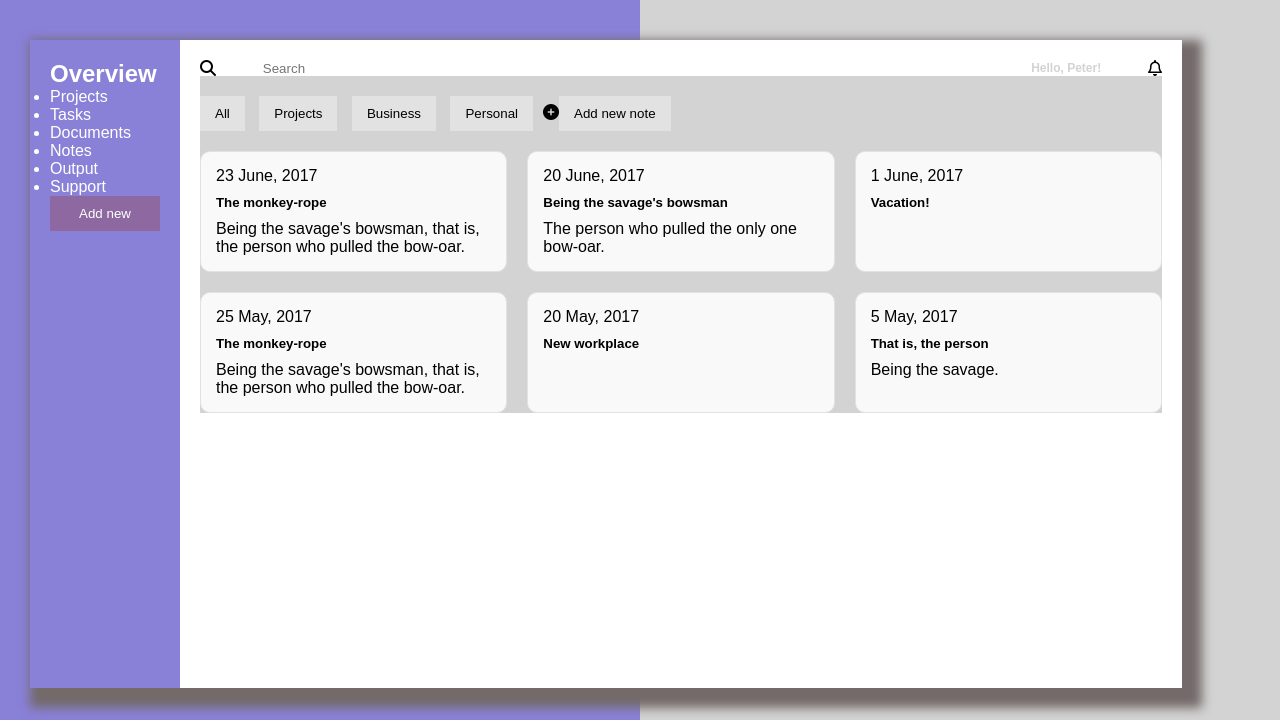
Repository: SatenikGabrielyan/HTML_CSS-_Assignment
Page: index.html
An editor plug-in stored every save of this project. The page is shown before and after the next save, followed by the edit.
The browser window is 1280 px wide. The pictures show the whole page.
Some web libraries are served in a nearby version.

Above is the page before, as saved 2025-03-17 21:09:48.

### index.html
<!DOCTYPE html>
<html lang="en">
  <head>
    <meta charset="UTF-8" />
    <meta name="viewport" content="width=device-width, initial-scale=1.0" />
    <title>Notes App</title>
    <link rel="stylesheet" href="./style.css" />
    <script src="https://kit.fontawesome.com/858d305f19.js" crossorigin="anonymous"></script>
</head>
  <body>
      <div class="cont">
          <div class="purp"></div>
          <div class="whit"></div>
      </div>
    <div class="container">
      <aside class="sidebar">
        <header>
            <h2>Overview</h2>
        </header>
        <nav>
            <ul>
                <li>Projects</li>
                <li>Tasks</li>
                <li>Documents</li>
                <li>Notes</li>
                <li>Output</li>
                <li>Support</li>
            </ul>
        </nav>
        <button class="add-new">Add new</button>
    </aside>

    <main class="main-content">
       <div class="header">
            <i class="fas fa-search"></i>  <input type="text" placeholder="Search">
            <h3>Hello, Peter!</h3> <i class="fa-regular fa-bell"></i>
    </div>
    <div class="proj">
        <div class="but">
        <div class="tabs">
            <button>All</button>
            <button>Projects</button>
            <button>Business</button>
            <button>Personal</button>
        </div>
        <div class="add tabs" >
            <i class="fa-solid fa-circle-plus"></i><button>Add new note</button>
        </div>
    </div>
        <div class="notes-grid">
            <div class="note-card">
                <h4>23 June, 2017</h4>
                <h5>The monkey-rope</h5>
                <p>Being the savage's bowsman, that is, the person who pulled the bow-oar.</p>
            </div>
            <div class="note-card">
                <h4>20 June, 2017</h4>
                <h5>Being the savage's bowsman</h5>
                <p>The person who pulled the only one bow-oar.</p>
            </div>
            <div class="note-card">
                <h4>1 June, 2017</h4>
                <h5>Vacation!</h5>
            </div>
            <div class="note-card">
                <h4>25 May, 2017</h4>
                <h5>The monkey-rope</h5>
                <p>Being the savage's bowsman, that is, the person who pulled the bow-oar.</p>
            </div>
            <div class="note-card">
                <h4>20 May, 2017</h4>
                <h5>New workplace</h5>
            </div>
            <div class="note-card">
                <h4>5 May, 2017</h4>
                <h5>That is, the person</h5>
                <p>Being the savage.</p>
            </div>
        </div>
    </div>
    </main>
    </div>

  </body>
</html>

### style.css
/* CSS Variables for Colors */
:root {
    --bg-color: #fbfbfb;
    --primary-color: #8981d8;
    --secondary-color: #d0d0d0;
    --text-color: #858499;
    --highlight-color: #7f77cc;
    --hover-color: rgba(137, 129, 216, 0.5);
  }


  * {
    margin: 0;
    padding: 0;
    box-sizing: border-box;
  }

  body {
    font-family: Arial, sans-serif;
    background-color: var(--bg-color);
    display: flex;
    height: 100vh;
  }
  .wrapper{
    position: relative;
  }
  .cont{
      display: flex;
      width: 100%;
      position: relative;
      z-index: -1;
      border-radius: 10px;
  }
.purp {
    width: 50%;
    background-color: var(--primary-color);
    flex-direction: row;
}
.whit {
    width: 50%;
    background-color: lightgray;
    flex-direction: row;
}
  .container {
    display: flex;
    width: 90%;
    height: 90%;

    box-shadow: 10px 10px 10px 10px rgb(116, 106, 106);
    margin-left: 30px;
    margin-right: 30px;
    margin-top: 40px;
    margin-bottom: 80px;
    background: center;
    position: absolute;
    z-index: 2;
  }

   .sidebar {
    width: 150px;
    background-color: var(--primary-color);
    color: #fff;
    display: flex;
    flex-direction: column;
    padding: 20px;
  }

  .main-content li {
    float: left;
  }

  .main-content li a {
    display: block;
    color: white;
    text-align: center;
    padding: 14px 16px;
    text-decoration: none;
  }

  .main-content li a:hover:not(.active) {
    background-color: #111;
  }

  .sidebar-header h2 {
    margin-bottom: 20px;
  }

  .sidebar-list {
    list-style: none;
  }

  .sidebar-list li {
    margin: 15px 0;
    display: flex;
    align-items: center;
    cursor: pointer;
  }

  .sidebar-list li i {
    margin-right: 10px;
  }

  .main-content {
    background-color: white;
    width: 200px;
    flex-grow: 1;
    padding: 20px;
    overflow-y: auto;
  }

   /* header {
    display: flex;
    justify-content: space-between;
    align-items: center;
    margin-bottom: 20px;
  } */

  /*
  .header-left p {
    font-size: 1.2em;
    color: var(--text-color);
  }

  .header-right {
    display: flex;
    align-items: center;
  }

  .header-right i {
    margin-right: 20px;
    cursor: pointer;
  }

  .add-note-btn {
    background-color: var(--primary-color);
    color: #fff;
    border: none;
    padding: 10px 20px;
    cursor: pointer;
    display: flex;
    align-items: center;
  }

  .add-note-btn i {
    margin-right: 10px;
  }


  .notes-grid {
    display: grid;
    grid-template-columns: repeat(auto-fill, minmax(300px, 1fr));
    gap: 20px;
  }

  .note-item {
    background-color: #fff;
    border-radius: 8px;
    box-shadow: 0 2px 4px rgba(0, 0, 0, 0.1);
    overflow: hidden;
    display: flex;
    flex-direction: column;
    padding: 20px;
  }

  .note-item img {
    width: 100%;
    height: auto;
    border-radius: 8px;
    margin-bottom: 15px;
  }

  .note-item p {
    color: var(--text-color);
    font-size: 1em;
    line-height: 1.5;
  }


  .sidebar-list li:hover {
    background-color: var(--highlight-color);
    transition: background-color 0.3s ease;
  }


  @media (max-width: 768px) {
    .container {
      flex-direction: column;
    }

    .sidebar {
      width: 100%;
      flex-direction: row;
      justify-content: space-around;
      padding: 10px;
    }

    .sidebar-list {
      display: flex;
      flex-direction: row;
      gap: 15px;
    }

    .sidebar-list li {
      margin: 0;
    }

    .main-content {
      padding: 10px;
    }

    header {
      flex-direction: column;
      align-items: flex-start;
    }

    .header-right {
      margin-top: 10px;
    }

    .notes-grid {
      grid-template-columns: 1fr;
    }

    .note-item {
      padding: 10px;
    }

    .note-item img {
      margin-bottom: 10px;
    }
  } */
  /* .sidebar {
    background-color: #5e4b9a;
    color: white;
    width: 300px;
    padding: 20px;
} */

/* .sidebar header {
    font-size: 24px;
}

.sidebar nav ul {
    list-style: none;
    padding: 0;
}

.sidebar nav ul li {
    margin: 15px 0;
} */

.add-new {
    background-color: #8e68a0;
    color: white;
    border: none;
    padding: 10px;
    cursor: pointer;
}

.main-content {
    flex: 1;
    padding: 20px;
    background-color: white;
}

.header {
    display: flex;
    justify-content: space-between;
    align-items: center;
    background-color: white;
    box-shadow: lightgrey;
}

.header input {
    border: none;
    margin: 0;
    width: 75%;
}

.header h3 {
    margin: 0;
    font-size: 12px;
    color: lightgrey;
}

.tabs {
    margin: 20px 0;
}
.proj {
    background-color: lightgrey;
}
.tabs button {
    margin-right: 10px;
    padding: 10px 15px;
    border: none;
    background-color: #e2e2e2;
    cursor: pointer;
}

.notes-grid {
    display: grid;
    grid-template-columns: repeat(auto-fill, minmax(240px, 1fr));
    gap: 20px;
}
.but{
    display: flex;
    flex-direction: row;
}
.add {

    justify-content: flex-end;
}

.note-card {
    border: 1px solid #e2e2e2;
    border-radius: 10px;
    padding: 15px;
    background-color: #f9f9f9;
}

.note-card h4 {
    margin: 0;
    font-weight: normal;
}

.note-card h5 {
    margin: 10px 0;
}

After the next save:
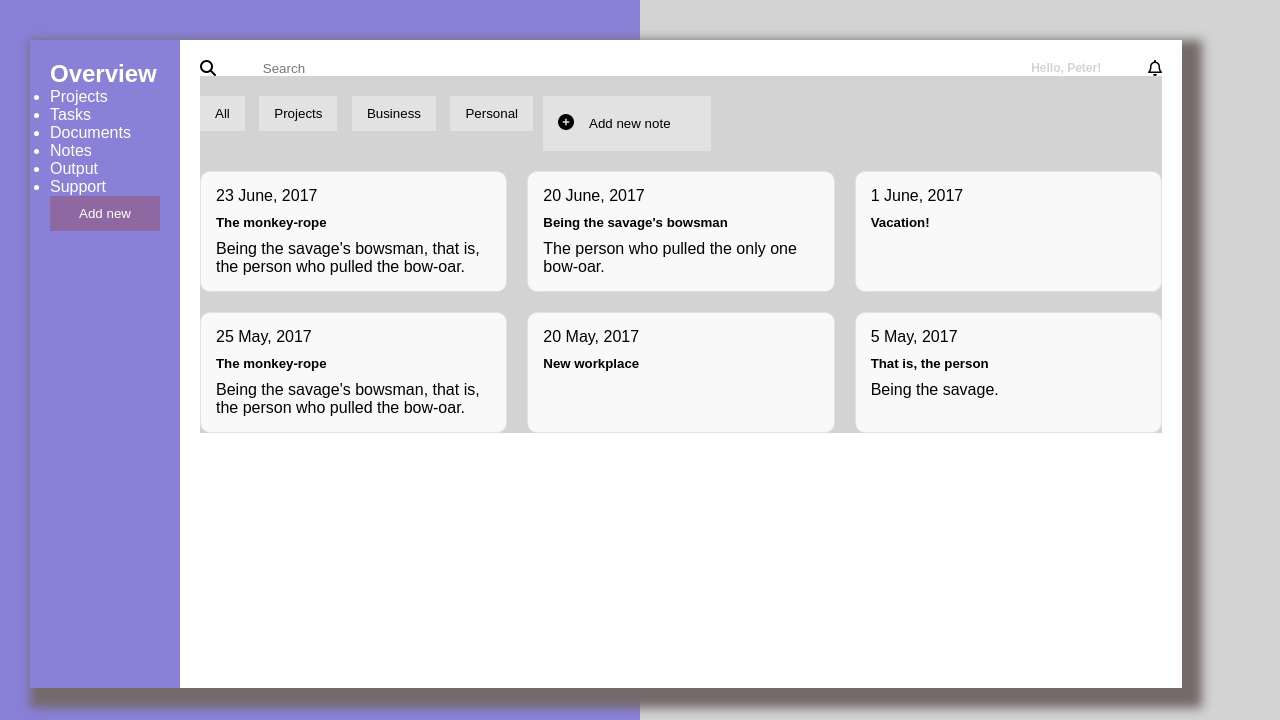
Saved 25 s later.
--- a/style.css
+++ b/style.css
@@ -307,7 +307,11 @@
     flex-direction: row;
 }
 .add {
-
+    margin-right: 10px;
+    padding: 10px 15px;
+    border: none;
+    background-color: #e2e2e2;
+    cursor: pointer;
     justify-content: flex-end;
 }
 
